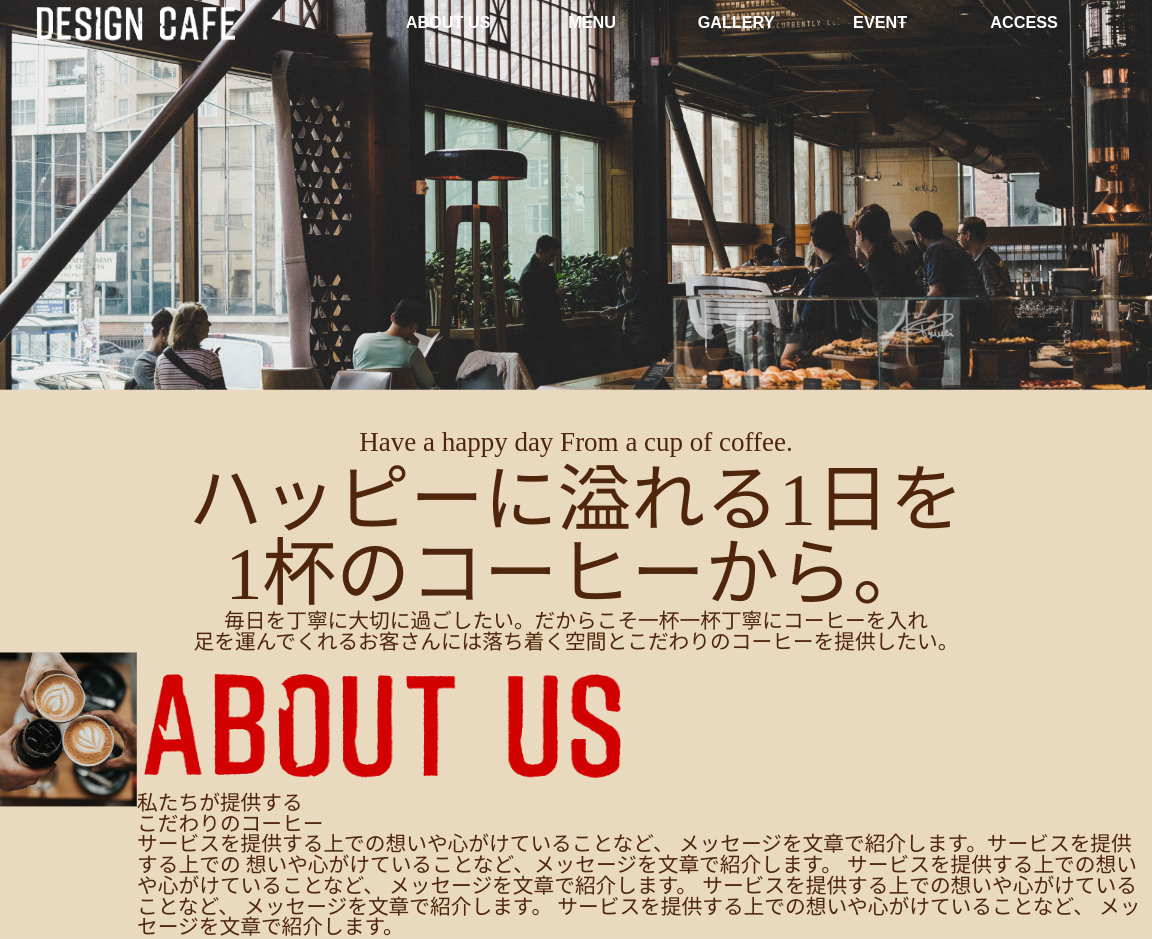
Repository: sonoyama01/dezasuta
Page: 第4回課題/index.html
An editor plug-in stored every save of this project. The page is shown before and after the next save, followed by the edit.
The browser window is 1280 px wide. The pictures show the whole page, at 90% of full size.

Above is the page before, as saved 2024-05-02 02:24:11.

After the next save:
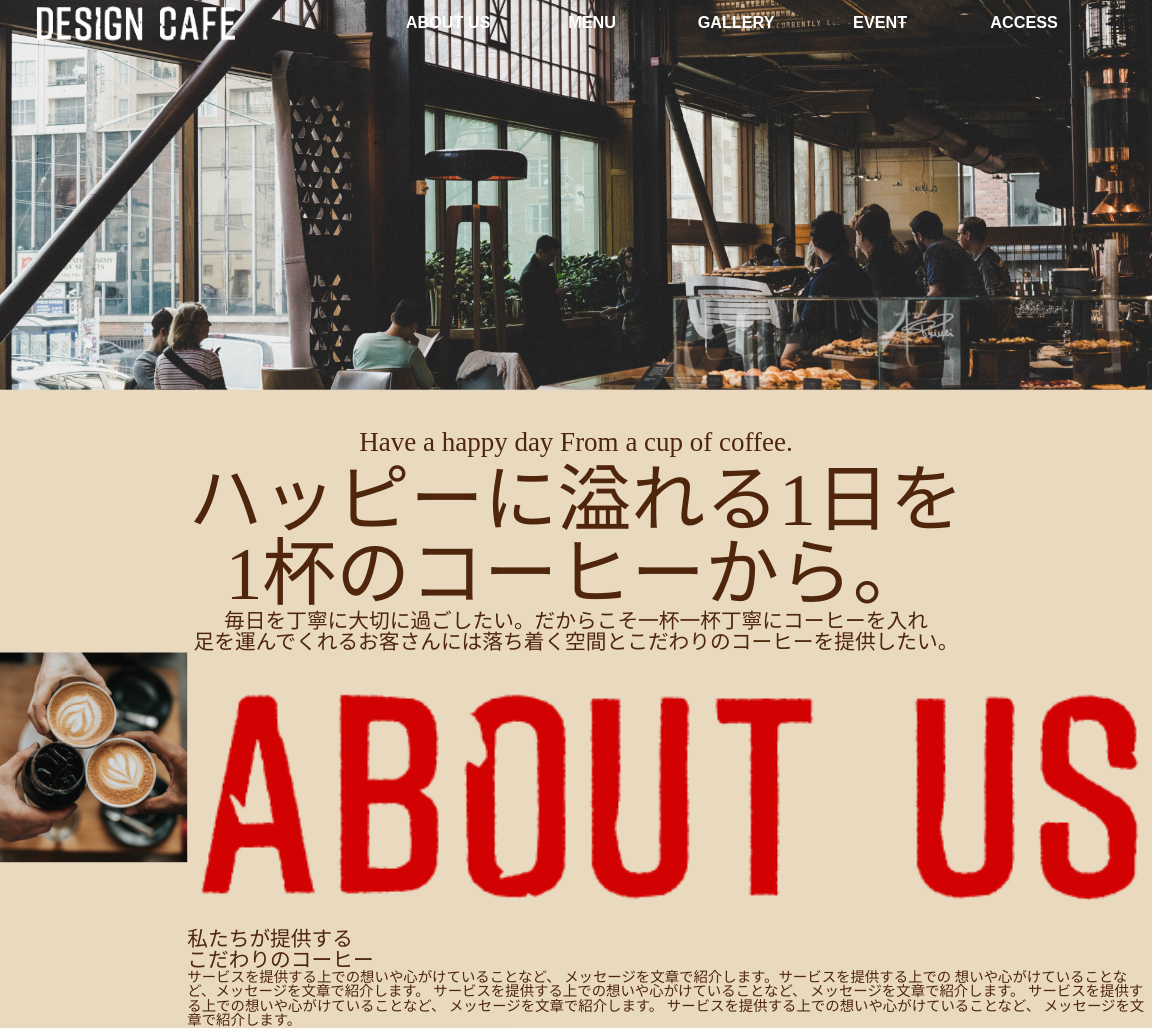
Saved 6 min 5 s later.
--- a/第4回課題/css/style.css
+++ b/第4回課題/css/style.css
@@ -44,6 +44,7 @@ ul {
 
 img {
   max-width: 100%;
+  width: 100%;
   vertical-align: bottom;
   border: none;
 }
@@ -108,3 +109,6 @@ body {
 .about_us_im {
   width: 50%;
 }
+.about_us_text {
+  font-size: 16px;
+}
